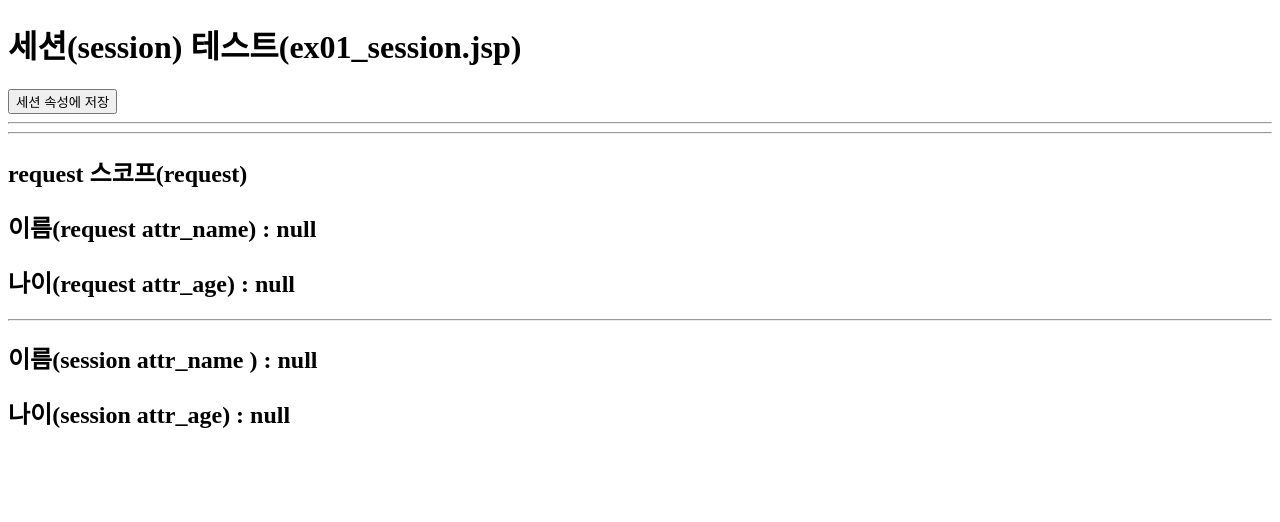
Repository: SeYoung1012/Bitcamp
Page: http://localhost/03_scope/ex01_session.jsp
These files come from the project's save history. The page is drawn as it stood at one moment and after the next save; the edit follows.
The browser window is 1280 px wide. The pictures show the whole page.
The page is served by Tomcat 9. The template is opened directly, without the code that normally fills it, so the values that code supplies are empty.

Above is the page before, as saved 2021-09-27 09:06:53.

### 60_web/03_scope/WebContent/ex01_session.jsp
<%@ page language="java" contentType="text/html; charset=UTF-8"
    pageEncoding="UTF-8"%>

<%-- request, session scope 에 설정된 값 추출해서 화면에 표시 --%>
<%
	//request, session scope에 설정된 값 사용
	String req_name = (String)request.getAttribute("req_name");
	String req_age = (String)request.getAttribute("req_age");

	//세션 설정값
	String attr_name = (String)session.getAttribute("attr_name");
	String attr_age = (String)session.getAttribute("attr_age");


%>
<!DOCTYPE html>
<html>
<head>
<meta charset="UTF-8">
<title> 세션(session) 범위</title>

<script>
	function sessionSet() {
		location.href = "ex01_sessionSet.jsp?name=hong&age=27";

	}
</script>

</head>
<body>
	<h1> 세션(session) 테스트(ex01_session.jsp) </h1>
	<input type = "button" value = "세션 속성에 저장" onclick = "sessionSet()">
	<hr><hr>

	<h2> request 스코프(request)</h2>
	<h2> 이름(request attr_name) : <%=req_name %></h2>
	<h2> 나이(request attr_age) : <%=req_age %></h2>
	<hr>

	<h2> 이름(session attr_name ) : <%=attr_name %></h2>
	<h2> 나이(session attr_age) : <%=attr_age %></h2>



</body>
</html>

After the next save:
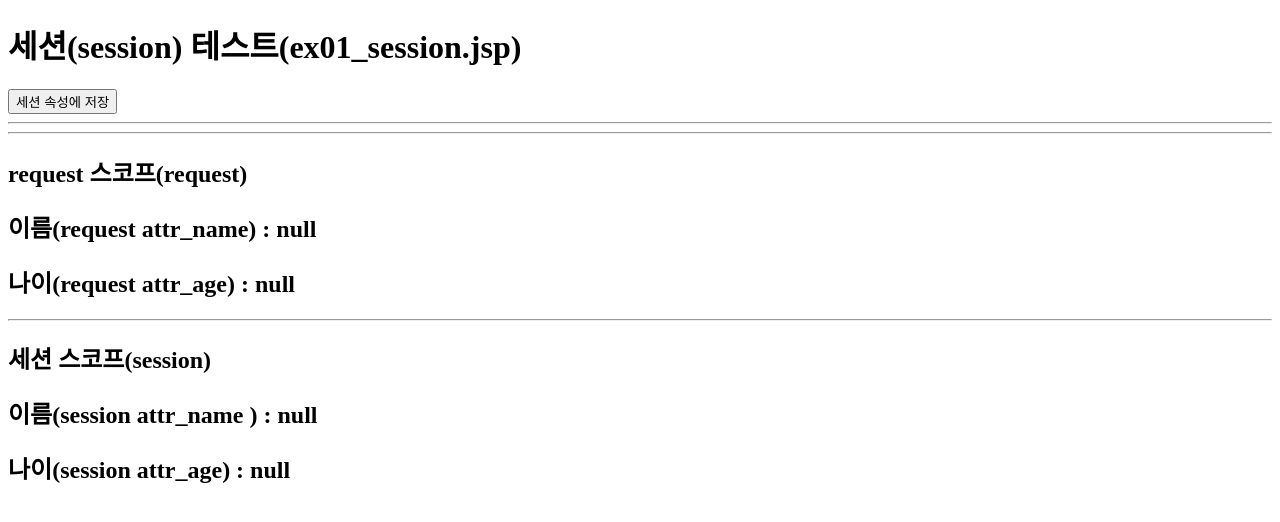
Saved 59 s later.
--- a/60_web/03_scope/WebContent/ex01_session.jsp
+++ b/60_web/03_scope/WebContent/ex01_session.jsp
@@ -37,6 +37,7 @@
 	<h2> 나이(request attr_age) : <%=req_age %></h2>
 	<hr>
 
+	<h2>세션 스코프(session)</h2>
 	<h2> 이름(session attr_name ) : <%=attr_name %></h2>
 	<h2> 나이(session attr_age) : <%=attr_age %></h2>
 
